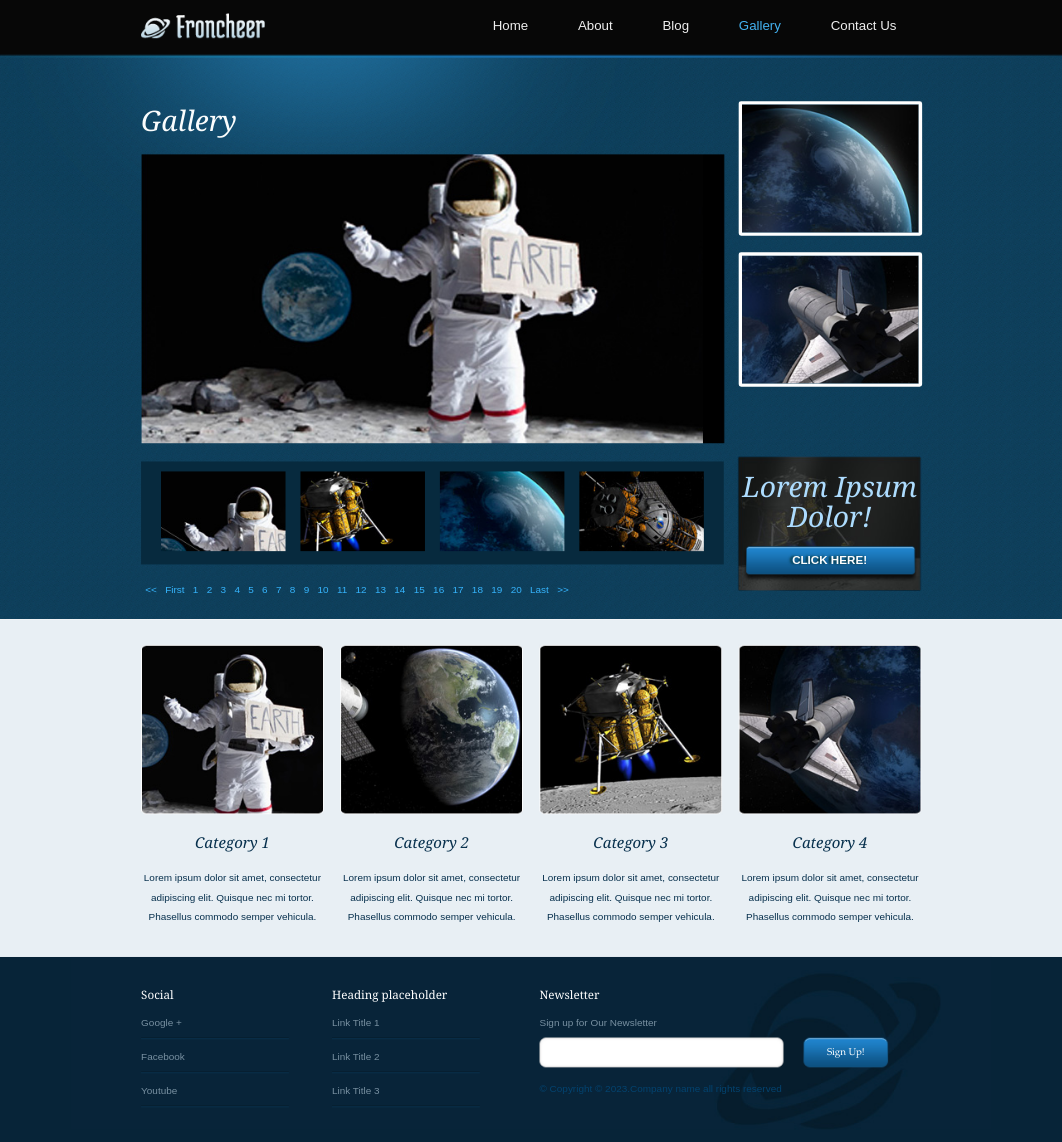
Repository: ojotosin/Hiai
Page: Hiai/gallery.html
These files come from the project's save history. The page is drawn as it stood at one moment and after the next save; the edit follows.
The browser window is 1280 px wide. The pictures show the whole page, at 83% of full size.

Above is the page before, as saved 2022-06-30 22:22:51.

After the next save:
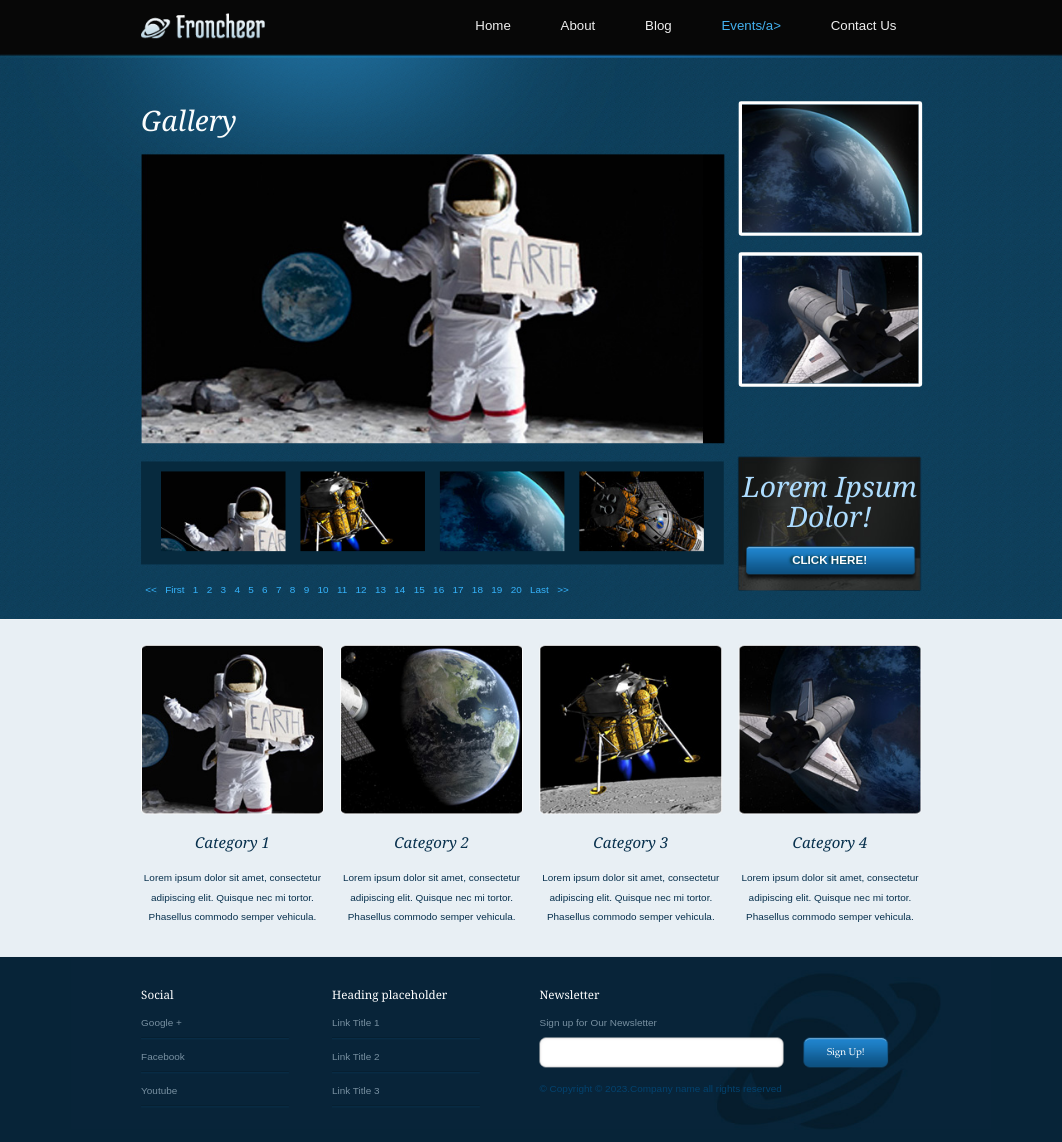
Saved 8 s later.
--- a/Hiai/gallery.html
+++ b/Hiai/gallery.html
@@ -3,7 +3,7 @@
 <html>
 <head>
 	<meta charset="UTF-8">
-	<title>Gallery - Astronomy Website Template</title>
+	<title>Gallery - Hands In Arms Initiative.</title>
 	<link rel="stylesheet" href="css/style.css" type="text/css">
 </head>
 <body>
@@ -23,7 +23,7 @@
 					<a href="blog.html">Blog</a>
 				</li>
 				<li class="selected">
-					<a href="gallery.html">Gallery</a>
+					<a href="gallery.html">Events/a>
 				</li>
 				<li>
 					<a href="contact.html">Contact Us</a>
